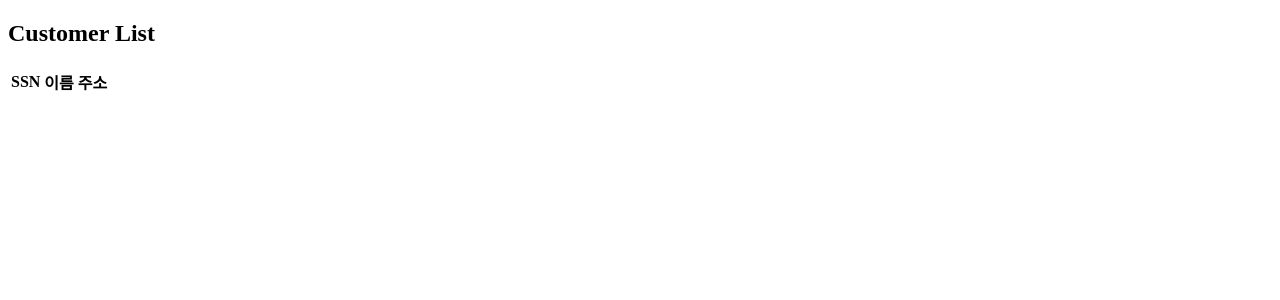
Repository: hyungryuk-zz/JAVA_CLASS
Page: http://localhost/JavaEEPrj/broker?cmd=allCustomer
The author's editor kept a copy of each file at every save. The page is drawn from the files as they stood at one save, then again after a run of saves.
The browser window is 1280 px wide. The pictures show the whole page.
The page is served by Tomcat 9. Other server files are loaded and not shown. Queries for data that is not in the repository find no rows.

Above is the page before, as saved 2017-07-24 06:40:18.

### JavaEEPrj/WebContent/broker/customerList.jsp
<%@ page language="java" contentType="text/html; charset=UTF-8"
    pageEncoding="UTF-8"%>
<%@ taglib prefix="c" uri="http://java.sun.com/jsp/jstl/core"%>
<!DOCTYPE html PUBLIC "-//W3C//DTD HTML 4.01 Transitional//EN" "http://www.w3.org/TR/html4/loose.dtd">
<html>
<head>
<meta http-equiv="Content-Type" content="text/html; charset=UTF-8">
<title>Insert title here</title>
</head>
<body>
<h2>Customer List</h2>
   <table>
   <tr>
      <th>SSN</th>
      <th>이름</th>
      <th>주소</th>
   </tr>
   <c:forEach var="customerList" items="${customerList}">
      <tr>
         <td><a href="broker?cmd=oneCustomer&ssn=${customerList.SSN }">${customerList.SSN }</a></td>
         <td>${customerList.name }</td>
         <td>${customerList.addr }</td>
         <td><input type="button" name="삭제" value="broker?cmd=delCustomer&ssn=${customerList.SSN }"></td>
      </tr>
   </c:forEach>
   <tr>
   	<td></td>
   	<td></td>
   	<td></td>
   </table>
</body>
</html>

### JavaEEPrj/src/workshop/broker/controller/BrokerServlet.java
package workshop.broker.controller;

import java.io.IOException;
import java.io.UnsupportedEncodingException;
import java.sql.SQLException;
import java.util.List;

import javax.servlet.RequestDispatcher;
import javax.servlet.Servlet;
import javax.servlet.ServletConfig;
import javax.servlet.ServletException;
import javax.servlet.annotation.WebServlet;
import javax.servlet.http.HttpServlet;
import javax.servlet.http.HttpServletRequest;
import javax.servlet.http.HttpServletResponse;

import workshop.broker.dao.Database;
import workshop.broker.exception.DuplicateIDException;
import workshop.broker.exception.RecordNotFoundException;
import workshop.broker.vo.CustomerRec;

/**
 * Servlet implementation class BrokerServlet
 */
@WebServlet("/broker")
public class BrokerServlet extends HttpServlet {
	private static final long serialVersionUID = 1L;
	private Database dao;
	/**
	 * @see Servlet#init(ServletConfig)
	 */
	public void init(ServletConfig config) throws ServletException {

		try {
			dao = new Database();
		} catch (SQLException e) {
			// TODO Auto-generated catch block
			e.printStackTrace();
		}
	}

	/**
	 * @see Servlet#destroy()
	 */
	public void destroy() {
		if(dao!=null)
			dao.close();
	}

	/**
	 * @see HttpServlet#doGet(HttpServletRequest request, HttpServletResponse response)
	 */
	protected void doGet(HttpServletRequest request, HttpServletResponse response) throws ServletException, IOException {

		processRequest(request,response);
	}

	/**
	 * @see HttpServlet#doPost(HttpServletRequest request, HttpServletResponse response)
	 */
	protected void doPost(HttpServletRequest request, HttpServletResponse response) throws ServletException, IOException {

		processRequest(request,response);
	}
    private void processRequest(HttpServletRequest request, HttpServletResponse response) {
	      // getAllCustomers() 호출
	      // 1. getAllCustomers() 메서트 호출
	      // 2. request scope 에 저장
	      // 3. 결과 페이지로 포워딩
    	try {
			request.setCharacterEncoding("UTF-8");
		} catch (UnsupportedEncodingException e1) {
			// TODO Auto-generated catch block
			e1.printStackTrace();
		}
	      String resultPageName = "";
	      try {
	         String cmd = request.getParameter("cmd");
	         if(cmd.equals("allCustomer")) {
	            resultPageName = getAllCustomer(request);
	          	RequestDispatcher dispatcher = request.getRequestDispatcher("/broker/" +  resultPageName);
	        	 dispatcher.forward(request, response);
	         }else if(cmd.equals("oneCustomer")) {
	        	 resultPageName = getCustomer(request,request.getParameter("ssn"));	//각 ssn에 맞게 setAttribute를 하기 위해서 메소드로 지정
	        	 RequestDispatcher dispatcher = request.getRequestDispatcher("/broker/" +  resultPageName);
	        	 dispatcher.forward(request, response);
	         }else if(cmd.equals("registform")) {
	        	 RequestDispatcher dispatcher = request.getRequestDispatcher("/broker/" +  "resCustomer.jsp");
	        	 dispatcher.forward(request, response);
	         }else if(cmd.equals("resCustommer")) {
	        	 resultPageName = addCustomer(request);
	        	 RequestDispatcher dispatcher = request.getRequestDispatcher("/broker/" +  resultPageName);
	        	 dispatcher.forward(request, response);
	         }else if(cmd.equals("delCustomer")) {
	        	 resultPageName = delCustomer(request);
	        	 RequestDispatcher dispatcher = request.getRequestDispatcher("/broker/" +  resultPageName);
	        	 dispatcher.forward(request, response);
	         }
	      } catch (Exception e) {
	         e.printStackTrace();
	      }
	   }

    private String delCustomer(HttpServletRequest request) {
    	try {
			dao.deleteCustomer(request.getParameter("ssn"));
		} catch (RecordNotFoundException e) {
			// TODO Auto-generated catch block
			e.printStackTrace();
		}
		return getAllCustomer(request);

    }
    private String addCustomer(HttpServletRequest request) {
    	CustomerRec cus = new CustomerRec(request.getParameter("ssn"),request.getParameter("name"),request.getParameter("addr"));
    	try {
			dao.addCustomer(cus);
		} catch (DuplicateIDException e) {
			// TODO Auto-generated catch block
			e.printStackTrace();
		}
    	return getAllCustomer(request);
    }

    private String getCustomer(HttpServletRequest request, String ssn) throws RecordNotFoundException {
		// TODO Auto-generated method stub
		CustomerRec customer = dao.getCustomer(ssn);
		request.setAttribute("customer",customer);

    	return "customerDetail.jsp";

	}



    //전체 목록 조회
	   public String getAllCustomer(HttpServletRequest request) {
	      List<CustomerRec> customerList = null;
	      customerList = dao.getAllCustomers();
	      request.setAttribute("customerList", customerList);
	      return "customerList.jsp";
	   }

}

### JavaEEPrj/src/workshop/broker/exception/InvalidTransactionException.java
package workshop.broker.exception;
public class InvalidTransactionException extends Exception {
	public InvalidTransactionException (String msg) {
		super(msg);
	}
	public InvalidTransactionException() {
		this("This is not transaction");
	}
}

After the next 2 saves:
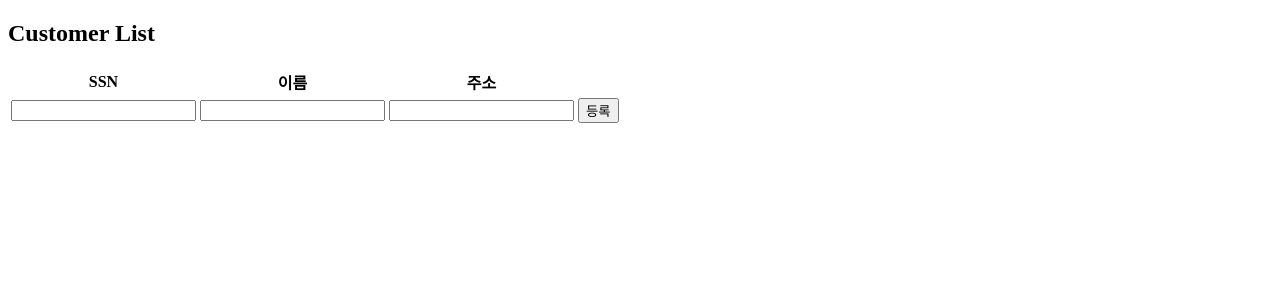
The 2 saves are shown as one change because they came seconds apart.
The last was saved 77 s later.
--- a/JavaEEPrj/WebContent/broker/customerList.jsp
+++ b/JavaEEPrj/WebContent/broker/customerList.jsp
@@ -24,9 +24,13 @@
       </tr>
    </c:forEach>
    <tr>
-   	<td></td>
-   	<td></td>
-   	<td></td>
+   <form method="POST" action="broker?cmd=resCustommer">
+	   	<td><input type="number" name="ssn"></td>
+	   	<td><input type="text" name = "name"></td>
+	   	<td><input type="text" name = "addr"></td>
+	   	<td><input type="submit" value="등록"></td>
+   	</form>
+   	</tr>
    </table>
 </body>
 </html>
